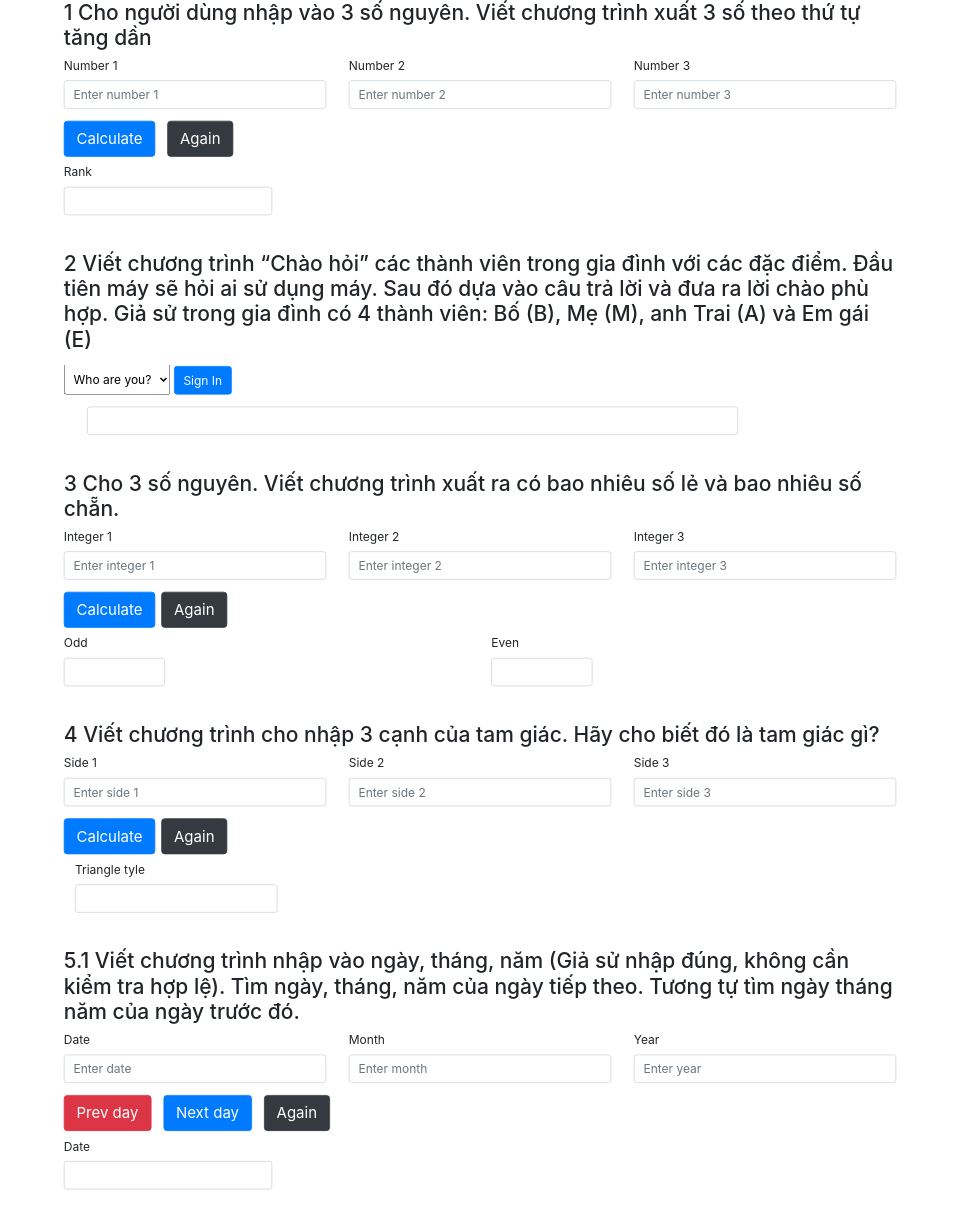
Repository: baobaodeveloper/bootscamp21__jsbasic__HuynhAnhBao
Page: index.html
The author's editor kept a copy of each file at every save. The page is drawn from the files as they stood at one save, then again after the next save.
The browser window is 1280 px wide. The pictures show the whole page, at 75% of full size.

Above is the page before, as saved 2022-03-10 23:06:18.

### index.html
<!DOCTYPE html>
<html lang="en">
  <head>
    <title>javaScript basic</title>
    <!-- Required meta tags -->
    <meta charset="utf-8" />
    <meta
      name="viewport"
      content="width=device-width, initial-scale=1, shrink-to-fit=no"
    />

    <!-- Bootstrap CSS -->
    <link
      rel="stylesheet"
      href="https://stackpath.bootstrapcdn.com/bootstrap/4.3.1/css/bootstrap.min.css"
      integrity="sha384-ggOyR0iXCbMQv3Xipma34MD+dH/1fQ784/j6cY/iJTQUOhcWr7x9JvoRxT2MZw1T"
      crossorigin="anonymous"
    />
  </head>
  <body>
    <!--1 Cho người dùng nhập vào 3 số nguyên. Viết chương trình xuất 3 số theo thứ tự tăng dần -->
    <div class="container mb-xl-5">
      <h3>
        1 Cho người dùng nhập vào 3 số nguyên. Viết chương trình xuất 3 số theo
        thứ tự tăng dần
      </h3>

      <div class="row">
        <div class="col">
          <label class="form-label">Number 1</label>
          <input
            type="number"
            class="form-control num1"
            placeholder="Enter number 1"
          />
        </div>
        <div class="col">
          <label class="form-label">Number 2</label>
          <input
            type="number"
            class="form-control num2"
            placeholder="Enter number 2"
          />
        </div>
        <div class="col">
          <label class="form-label">Number 3</label>
          <input
            type="number"
            class="form-control num3"
            placeholder="Enter number 3"
          />
        </div>
      </div>

      <div class="d-flex">
        <button
          type="button "
          class="btn btn-primary btn-lg mt-3 mb-2 btn-rank mr-3"
        >
          Calculate
        </button>

        <button
          type="button "
          class="btn btn-dark btn-lg mt-3 mb-2 btn-again-rank"
        >
          Again
        </button>
      </div>

      <div class="mt-3 m-auto">
        <label class="form-label">Rank</label>
        <input type="text" class="form-control w-25 result1" />
      </div>
    </div>

    <!--2 Viết chương trình “Chào hỏi” các thành viên trong gia đình với các đặc điểm. Đầu tiên máy
    sẽ hỏi ai sử dụng máy. Sau đó dựa vào câu trả lời và đưa ra lời chào phù hợp. Giả sử trong
    gia đình có 4 thành viên: Bố (B), Mẹ (M), anh Trai (A) và Em gái (E) -->
    <div class="container mb-5">
      <h3 class="mb-3">
        2 Viết chương trình “Chào hỏi” các thành viên trong gia đình với các đặc
        điểm. Đầu tiên máy sẽ hỏi ai sử dụng máy. Sau đó dựa vào câu trả lời và
        đưa ra lời chào phù hợp. Giả sử trong gia đình có 4 thành viên: Bố (B),
        Mẹ (M), anh Trai (A) và Em gái (E)
      </h3>

      <select class="form-select p-2" aria-label="Default select example">
        <option selected>Who are you?</option>
        <option value="M">M</option>
        <option value="B">B</option>
        <option value="A">A</option>
        <option value="E">E</option>
      </select>

      <button type="button" class="btn btn-primary btn-sign-in">Sign In</button>

      <div class="m-3 row">
        <div class="col-sm-10">
          <input
            type="text"
            class="form-control output-sign-in"
            id="inputPassword"
          />
        </div>
      </div>
    </div>

    <!--  3 Cho 3 số nguyên. Viết chương trình xuất ra có bao nhiêu số lẻ và bao nhiêu số chẵn.-->
    <div class="container mb-xl-5">
      <h3>
        3 Cho 3 số nguyên. Viết chương trình xuất ra có bao nhiêu số lẻ và bao
        nhiêu số chẵn.
      </h3>

      <div class="row">
        <div class="col">
          <label class="form-label">Integer 1</label>
          <input
            type="number"
            class="form-control integer1"
            placeholder="Enter integer 1"
          />
        </div>
        <div class="col">
          <label class="form-label">Integer 2</label>
          <input
            type="number"
            class="form-control integer2"
            placeholder="Enter integer 2"
          />
        </div>
        <div class="col">
          <label class="form-label">Integer 3</label>
          <input
            type="number"
            class="form-control integer3"
            placeholder="Enter integer 3"
          />
        </div>
      </div>

      <div class="d-flex">
        <button
          type="button"
          class="btn btn-primary btn-lg mt-3 mb-2 btn-integer mr-2"
        >
          Calculate
        </button>

        <button
          type="button "
          class="btn btn-light btn-lg mt-3 mb-2 btn-dark btn-again-integer"
        >
          Again
        </button>
      </div>

      <div class="row">
        <div class="mt-3 m-auto col">
          <label class="form-label">Odd</label>
          <input type="text" class="form-control w-25 outputOdd" />
        </div>
        <div class="mt-3 m-auto col">
          <label class="form-label">Even</label>
          <input type="text" class="form-control w-25 outputEven" />
        </div>
      </div>
    </div>

    <!--4 Viết chương trình cho nhập 3 cạnh của tam giác. Hãy cho biết đó là tam giác gì?-->

    <div class="container mb-xl-5">
      <h3>
        4 Viết chương trình cho nhập 3 cạnh của tam giác. Hãy cho biết đó là tam
        giác gì?
      </h3>

      <div class="row">
        <div class="col">
          <label class="form-label">Side 1</label>
          <input
            type="number"
            class="form-control side1"
            placeholder="Enter side 1"
          />
        </div>
        <div class="col">
          <label class="form-label">Side 2</label>
          <input
            type="number"
            class="form-control side2"
            placeholder="Enter side 2"
          />
        </div>
        <div class="col">
          <label class="form-label">Side 3</label>
          <input
            type="number"
            class="form-control side3"
            placeholder="Enter side 3"
          />
        </div>
      </div>

      <div class="d-flex">
        <button
          type="button"
          class="btn btn-primary btn-lg mt-3 mb-2 mr-2 btn-triangle"
        >
          Calculate
        </button>

        <button
          type="button "
          class="btn btn-light btn-lg mt-3 mb-2 btn-dark btn-again-triangle"
        >
          Again
        </button>
      </div>

      <div class="mt-3 m-auto col">
        <label class="form-label">Triangle tyle</label>
        <input type="text" class="form-control w-25 triangle-type" />
      </div>
    </div>

    <!--5.1Viết chương trình nhập vào ngày, tháng, năm (Giả sử nhập đúng, không cần kiểm tra hợp
  lệ). Tìm ngày, tháng, năm của ngày tiếp theo. Tương tự tìm ngày tháng năm của ngày trước
  đó.  -->

    <div class="container mb-xl-5">
      <h3>
        5.1 Viết chương trình nhập vào ngày, tháng, năm (Giả sử nhập đúng, không
        cần kiểm tra hợp lệ). Tìm ngày, tháng, năm của ngày tiếp theo. Tương tự
        tìm ngày tháng năm của ngày trước đó.
      </h3>

      <div class="row">
        <div class="col">
          <label class="form-label">Date</label>
          <input
            type="number"
            class="form-control date"
            placeholder="Enter date"
          />
        </div>
        <div class="col">
          <label class="form-label">Month</label>
          <input
            type="number"
            class="form-control month"
            placeholder="Enter month"
          />
        </div>
        <div class="col">
          <label class="form-label">Year</label>
          <input
            type="number"
            class="form-control year"
            placeholder="Enter year"
          />
        </div>
      </div>

      <div class="d-flex">
        <button
          type="button "
          class="btn btn-danger btn-lg mt-3 mb-2 btn-prev mr-3"
        >
          Prev day
        </button>
        <button
          type="button "
          class="btn btn-primary btn-lg mt-3 mb-2 btn-next mr-3"
        >
          Next day
        </button>

        <button
          type="button "
          class="btn btn-dark btn-lg mt-3 mb-2 btn-again-date"
        >
          Again
        </button>
      </div>

      <div class="mt-3 m-auto">
        <label class="form-label">Date</label>
        <input type="text" class="form-control w-25 date-text" />
      </div>
    </div>

    <!-- Optional JavaScript -->
    <!-- jQuery first, then Popper.js, then Bootstrap JS -->
    <script
      src="https://code.jquery.com/jquery-3.3.1.slim.min.js"
      integrity="sha384-q8i/X+965DzO0rT7abK41JStQIAqVgRVzpbzo5smXKp4YfRvH+8abtTE1Pi6jizo"
      crossorigin="anonymous"
    ></script>
    <script
      src="https://cdnjs.cloudflare.com/ajax/libs/popper.js/1.14.7/umd/popper.min.js"
      integrity="sha384-UO2eT0CpHqdSJQ6hJty5KVphtPhzWj9WO1clHTMGa3JDZwrnQq4sF86dIHNDz0W1"
      crossorigin="anonymous"
    ></script>
    <script
      src="https://stackpath.bootstrapcdn.com/bootstrap/4.3.1/js/bootstrap.min.js"
      integrity="sha384-JjSmVgyd0p3pXB1rRibZUAYoIIy6OrQ6VrjIEaFf/nJGzIxFDsf4x0xIM+B07jRM"
      crossorigin="anonymous"
    ></script>

    <!-- <script src="exercise1.js"></script> -->
    <!-- <script src="exercise2.js"></script> -->
    <!-- <script src="exercise3.js"></script> -->
    <!-- <script src="exercise4.js"></script> -->
    <script src="exercise5.js"></script>
  </body>
</html>

### exercise5.js
const date = document.querySelector(".date");
const month = document.querySelector(".month");
const year = document.querySelector(".year");
const btnNext = document.querySelector(".btn-next");
const btnAgainDay = document.querySelector(".btn-again-date");
const dateText = document.querySelector(".date-text");
const btnPrev = document.querySelector(".btn-prev");

btnNext.addEventListener("click", () => {
  const dateValue = +date.value;
  const monthValue = +month.value;
  const yearValue = +year.value;

  let dateNext;
  let monthNext;
  let yearNext;

  let dayNext = ``;
  //   Day normal

  if (
    dateValue <= 0 ||
    dateValue > 31 ||
    monthValue <= 0 ||
    monthValue > 12 ||
    yearValue <= 0 ||
    date.value === "" ||
    month.value === "" ||
    year.value === ""
  )
    return (dateText.value = "Invalid");
  dateNext = dateValue + 1;
  monthNext = monthValue;
  yearNext = yearValue;
  //   dayNext = `${dateNext} - ${monthNext} - ${yearNext}`;

  //   Day is 31 dates and month are 1,3,5,7,8,10,12

  if (dateValue === 31) {
    switch (monthValue) {
      case 1:
      case 3:
      case 5:
      case 7:
      case 8:
      case 10:
      case 12:
        dateNext = 1;
        monthNext = monthValue + 1;
        yearNext = yearValue;
        break;
      case 4:
      case 6:
      case 9:
      case 11:
        return (dateText.value = "Invalid");
    }
  }
  // end of the month 12

  if (dateValue === 31 && monthValue === 12) {
    dateNext = 1;
    monthNext = 1;
    yearNext = yearValue + 1;
  }

  //   Day is 30 dates and month are 4,6,9,11

  if (dateValue === 30) {
    switch (monthValue) {
      case 4:
      case 6:
      case 9:
      case 11:
        dateNext = 1;
        monthNext = monthValue + 1;
        yearNext = yearValue;
    }
  }

  //   leap year

  if (dateValue > 29 && yearValue % 4 === 0 && monthValue === 2) {
    return (dateText.value = "Invalid");
  }
  if (dateValue > 28 && yearValue % 4 !== 0 && monthValue === 2) {
    return (dateText.value = "Invalid");
  }

  if (dateValue === 29 && yearValue % 4 === 0 && monthValue === 2) {
    dateNext = 1;
    monthNext = monthValue + 1;
    yearNext = yearValue;
  } else if (monthValue === 2 && yearValue % 4 !== 0 && dateValue === 28) {
    dateNext = 1;
    monthNext = monthValue + 1;
    yearNext = yearValue;
  }

  dayNext = `${dateNext < 10 ? "0" + dateNext : dateNext} - ${
    monthNext < 10 ? "0" + monthNext : monthNext
  } - ${yearNext}`;

  dateText.value = dayNext;
});

btnAgainDay.addEventListener("click", () => {
  dateText.value = "";
  date.value = "";
  month.value = "";
  year.value = "";
});

btnPrev.addEventListener("click", () => {
  const dateValue = +date.value;
  const monthValue = +month.value;
  const yearValue = +year.value;

  let datePrev;
  let monthPrev;
  let yearPrev;

  let dayPrev = ``;
  //   Day normal

  if (
    dateValue <= 0 ||
    dateValue > 31 ||
    monthValue <= 0 ||
    monthValue > 12 ||
    yearValue <= 0 ||
    date.value === "" ||
    month.value === "" ||
    year.value === ""
  )
    return (dateText.value = "Invalid");
  datePrev = dateValue - 1;
  monthPrev = monthValue;
  yearPrev = yearValue;

  //   Day is 31 dates and month are 1,3,5,7,8,10,12

  if (dateValue === 1) {
    switch (monthValue) {
      case 1:
      case 3:
      case 5:
      case 7:
      case 8:
      case 10:
      case 12:
        datePrev = 30;
        monthPrev = monthValue - 1;
        yearPrev = yearValue;
    }
  }

  // end of the month 12

  if (dateValue === 1 && monthValue === 1) {
    datePrev = 31;
    monthPrev = 12;
    yearPrev = yearValue - 1;
  }

  //   Day is 30 dates and month are 4,6,9,11

  if (dateValue === 1) {
    switch (monthValue) {
      case 2:
      case 4:
      case 6:
      case 9:
      case 11:
        datePrev = 31;
        monthPrev = monthValue - 1;
        yearPrev = yearValue;
    }
  }

  if (dateValue === 31) {
    switch (monthValue) {
      case 4:
      case 6:
      case 9:
      case 11:
        return (dateText.value = "Invalid");
    }
  }

  //   leap year

  if (dateValue > 29 && yearValue % 4 === 0 && monthValue === 2) {
    return (dateText.value = "Invalid");
  }
  if (dateValue > 28 && yearValue % 4 !== 0 && monthValue === 2) {
    return (dateText.value = "Invalid");
  }

  if (dateValue === 1 && yearValue % 4 === 0 && monthValue === 3) {
    datePrev = 29;
    monthPrev = monthValue - 1;
    yearPrev = yearValue;
  } else if (monthValue === 3 && yearValue % 4 !== 0 && dateValue === 1) {
    datePrev = 28;
    monthPrev = monthValue - 1;
    yearPrev = yearValue;
  }

  dayPrev = `${datePrev < 10 ? "0" + datePrev : datePrev} - ${
    monthPrev < 10 ? "0" + monthPrev : monthPrev
  } - ${yearPrev}`;

  dateText.value = dayPrev;
});

After the next save:
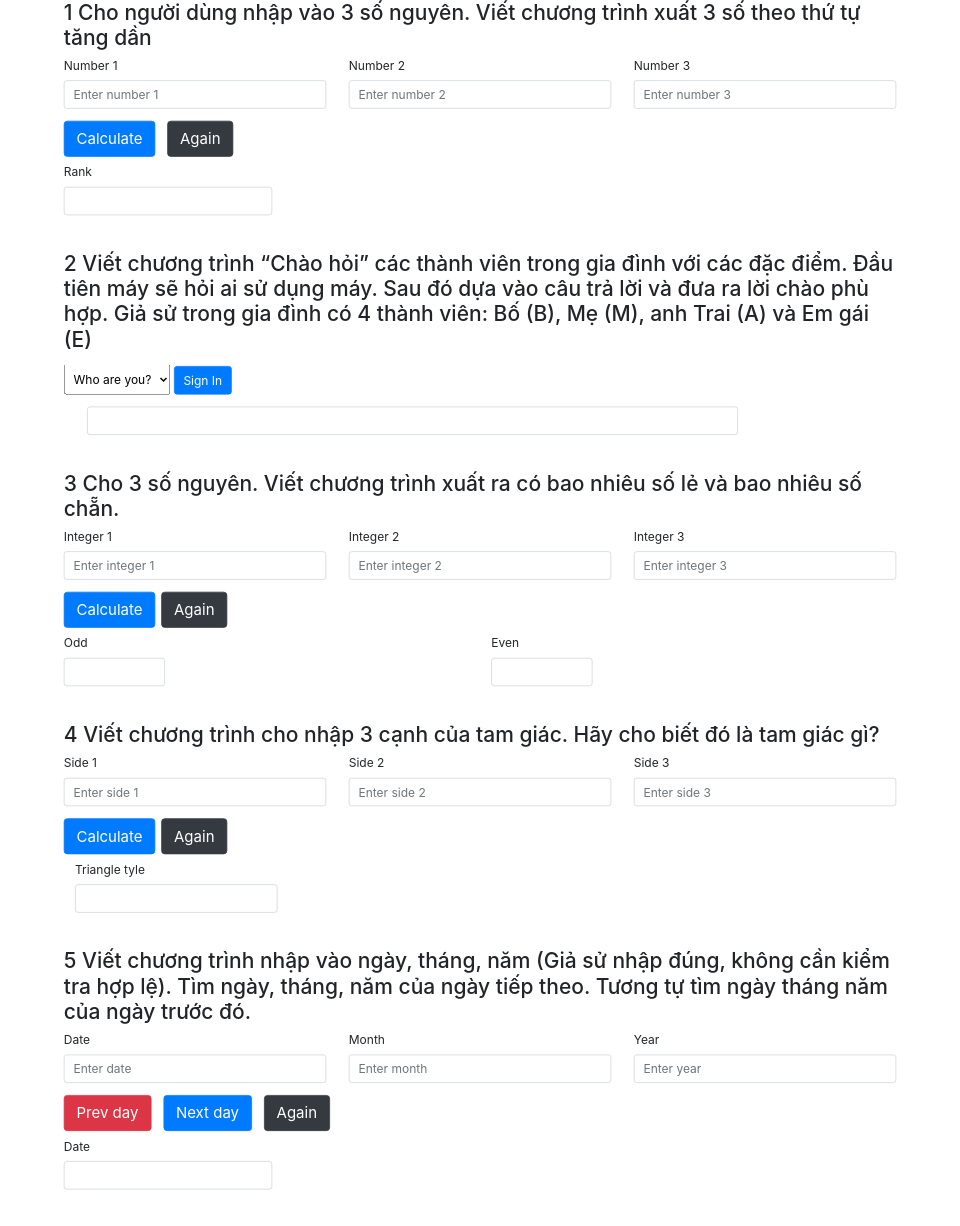
Saved 11 s later.
--- a/index.html
+++ b/index.html
@@ -225,13 +225,13 @@
       </div>
     </div>
 
-    <!--5.1Viết chương trình nhập vào ngày, tháng, năm (Giả sử nhập đúng, không cần kiểm tra hợp
+    <!--5Viết chương trình nhập vào ngày, tháng, năm (Giả sử nhập đúng, không cần kiểm tra hợp
   lệ). Tìm ngày, tháng, năm của ngày tiếp theo. Tương tự tìm ngày tháng năm của ngày trước
   đó.  -->
 
     <div class="container mb-xl-5">
       <h3>
-        5.1 Viết chương trình nhập vào ngày, tháng, năm (Giả sử nhập đúng, không
+        5 Viết chương trình nhập vào ngày, tháng, năm (Giả sử nhập đúng, không
         cần kiểm tra hợp lệ). Tìm ngày, tháng, năm của ngày tiếp theo. Tương tự
         tìm ngày tháng năm của ngày trước đó.
       </h3>
